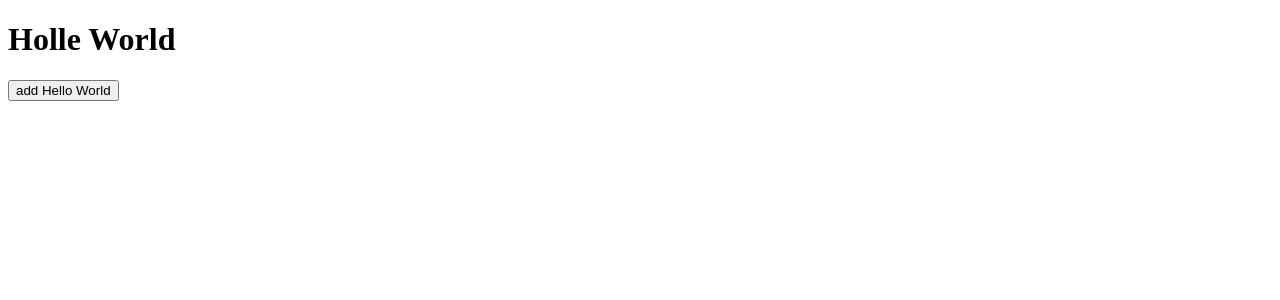
Repository: letzbegin/Study
Page: http://localhost/Javascript/DOM/Ex_04.jsp
An editor plug-in stored every save of this project. The page is shown before and after a run of saves, followed by the edit.
The browser window is 1280 px wide. The pictures show the whole page.
The page is served by Tomcat 9.

Above is the page before, as saved 2018-09-15 16:35:44.

After the next 2 saves:
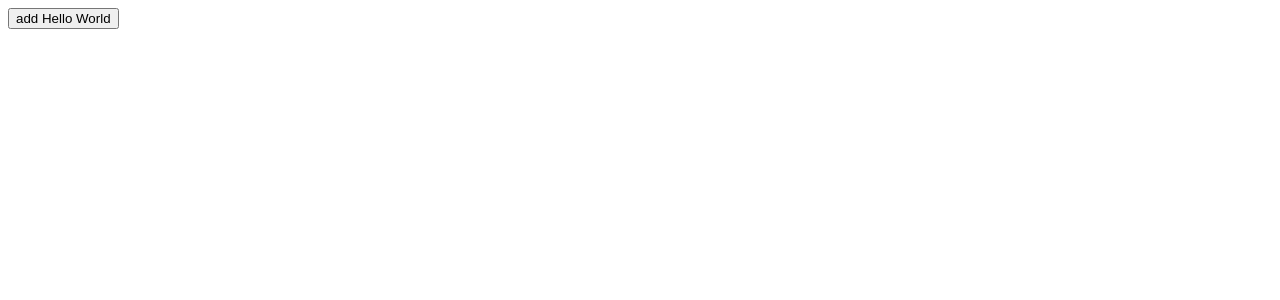
The 2 saves are shown as one change because they came seconds apart.
The last was saved 16 s later.
--- a/web_javascript/Javascript/WebContent/DOM/Ex_04.jsp
+++ b/web_javascript/Javascript/WebContent/DOM/Ex_04.jsp
@@ -12,8 +12,10 @@
 </body>
 <script src="https://code.jquery.com/jquery-3.3.1.min.js"></script>
 <script type="text/javascript">
+function add(){
 $(document).ready(function($){
 	$('body').prepend('<h1>Holle World</h1>');
 });
+}
 </script>
 </html>
